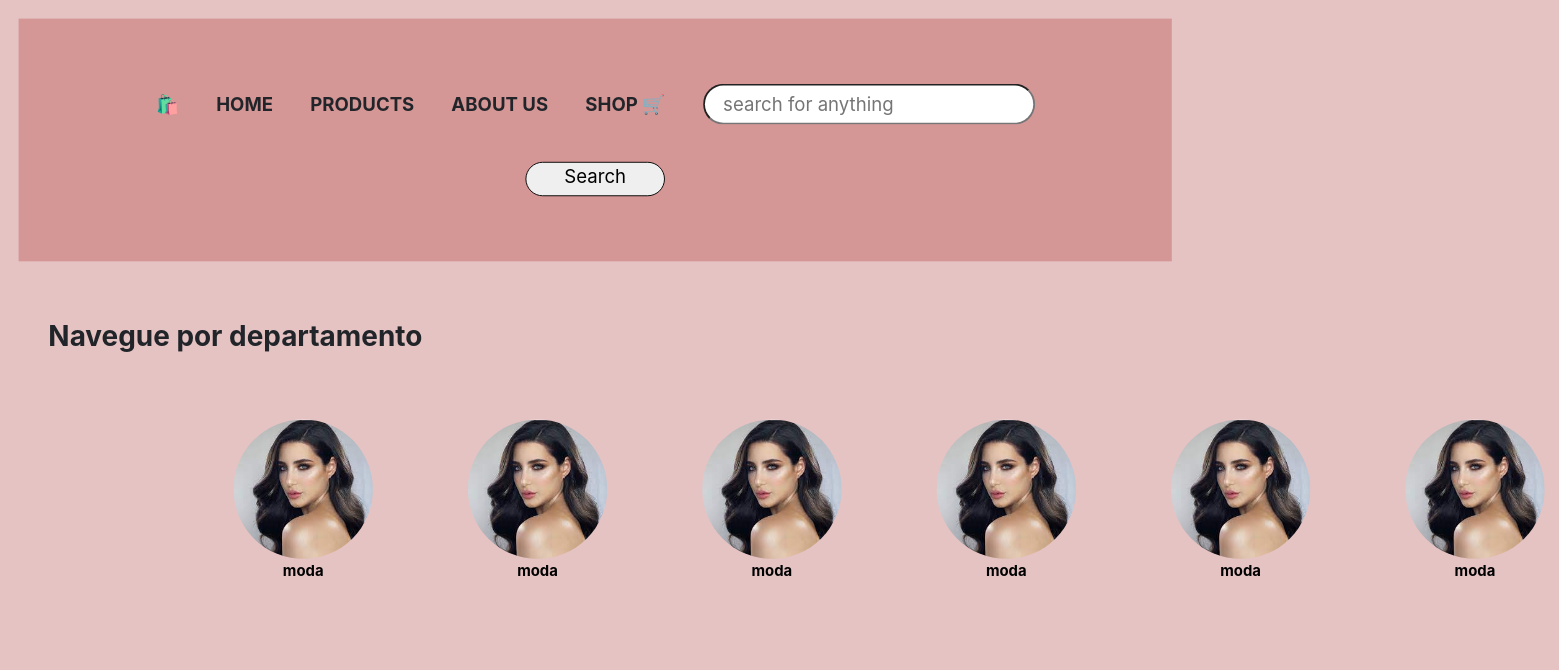
Repository: thf4/Project-Shop
Page: /
These files come from the project's save history. The page is drawn as it stood at one moment and after the next save; the edit follows.
The browser window is 1280 px wide. The page is 1676 px wide, so the pictures cover 1676 px, including what lies to the right of the window. The pictures show the whole page, at 93% of full size.
The project was rebuilt for these pictures with package versions that can differ from the ones it lists, and the page was loaded fresh each time.

Above is the page before, as saved 2021-04-22 16:01:32.

After the next save:
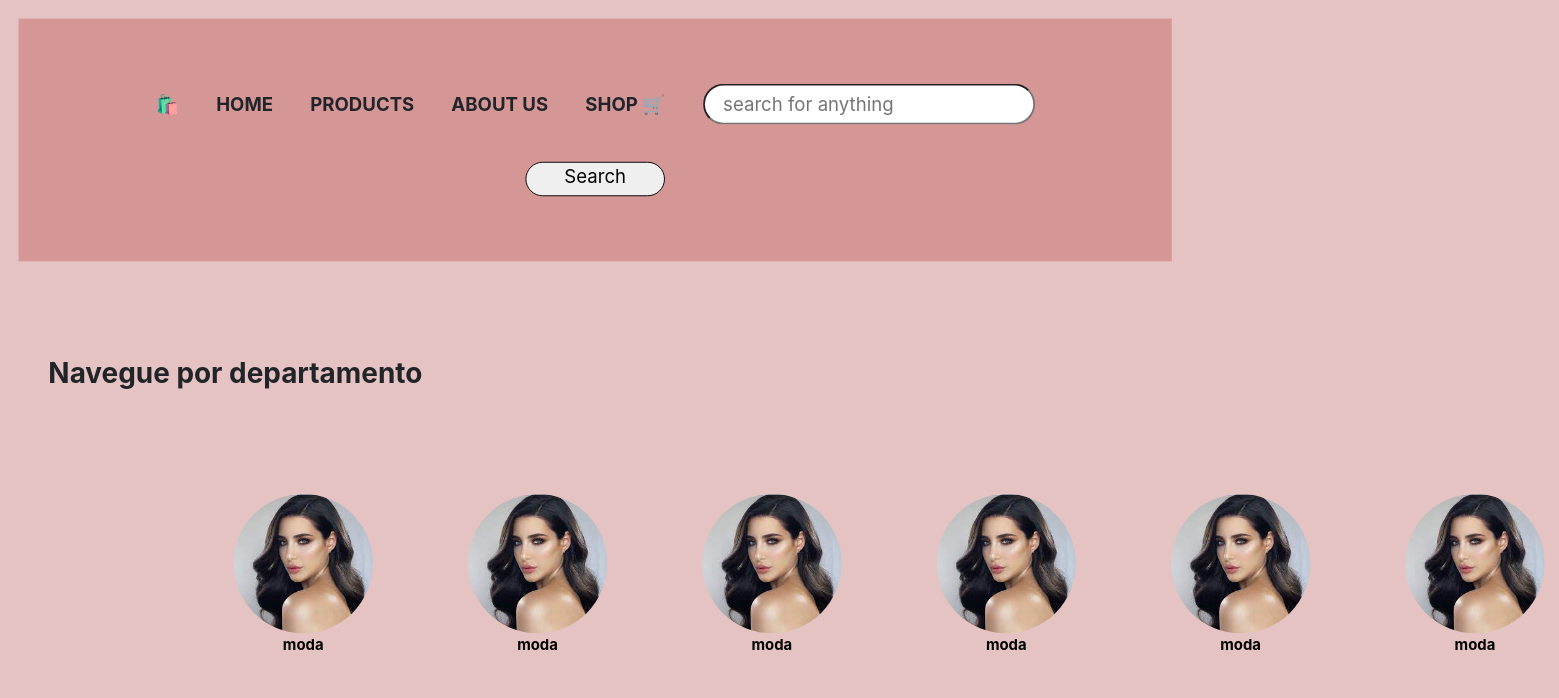
Saved 13 s later.
--- a/src/Exemplo.css
+++ b/src/Exemplo.css
@@ -8,7 +8,7 @@
 
 }
 h2{
-  padding: 10px 20px;
+  padding: 50px 20px;
   margin: 2rem;
   font-weight: bold;
   font-size: 30px;

After the save that followed:
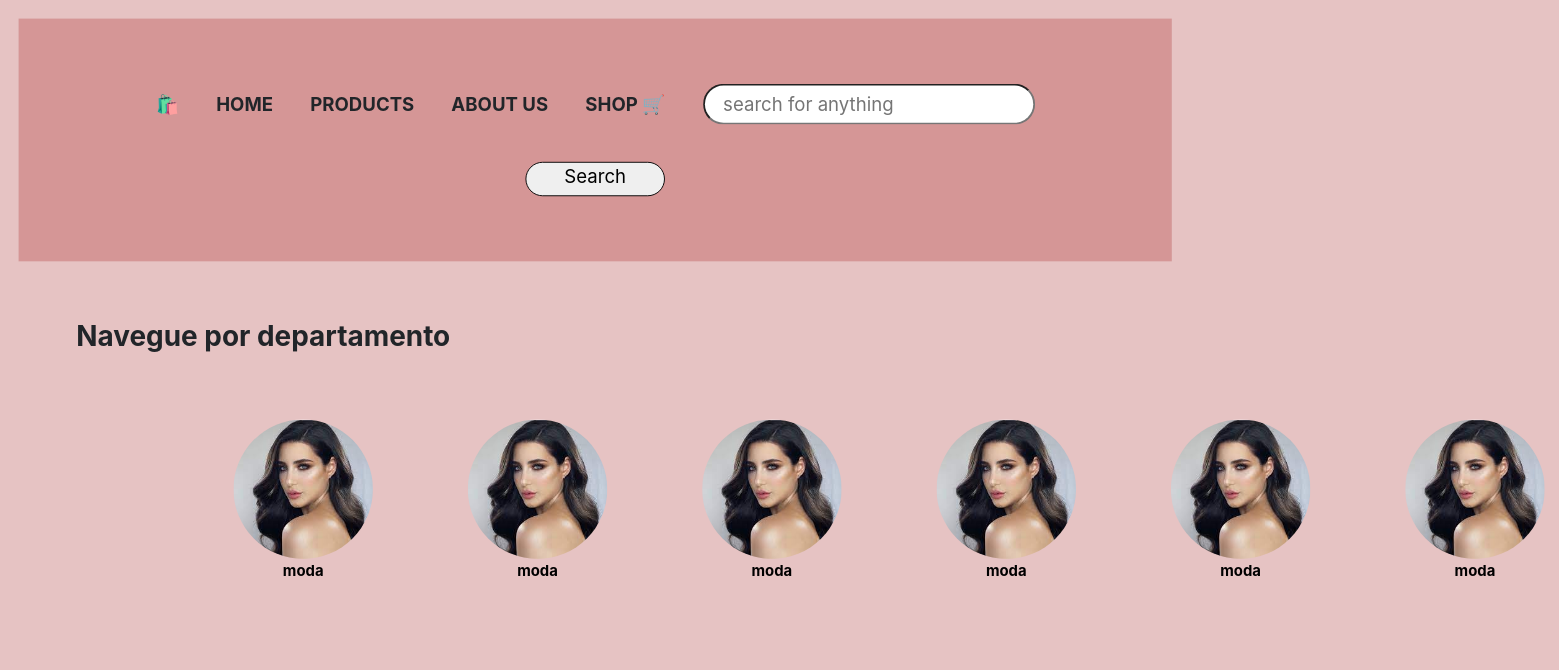
Saved 5 s later.
--- a/src/Exemplo.css
+++ b/src/Exemplo.css
@@ -8,7 +8,7 @@
 
 }
 h2{
-  padding: 50px 20px;
+  padding: 10px 50px;
   margin: 2rem;
   font-weight: bold;
   font-size: 30px;
